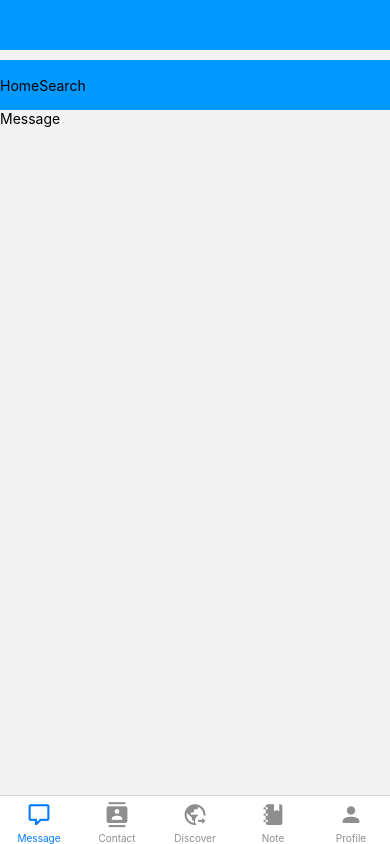
Repository: dinhtq-47/react-native
Screen: /
An editor plug-in stored every save of this project. The screen is shown before and after a run of saves, followed by the edit.
The app was drawn by React Native's web renderer in a window 390 px wide. The project was rebuilt for these pictures with package versions that can differ from the ones it lists, and the page was loaded fresh each time. Also part of the build but not shown: screens/Contact.js, screens/Discover.js, screens/Note.js, screens/Profile.js.

Above is the screen before, as saved 2022-02-16 18:28:33.

After the next 3 saves:
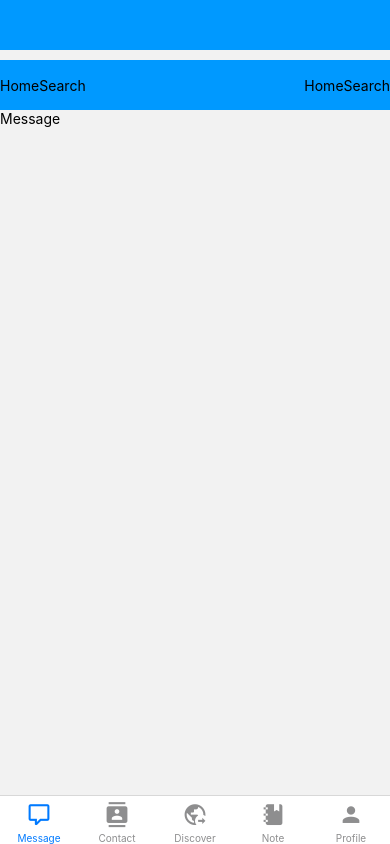
The 3 saves are shown as one change because 1 did not build or start and some came seconds apart.
The last was saved 31 s later.
--- a/components/HomeSearch.js
+++ b/components/HomeSearch.js
@@ -5,6 +5,7 @@ const HomeSearch = () => {
     <View>
       <SafeAreaView>
         <View style={styles.container}>
+          <Text>HomeSearch</Text>
           <Text>HomeSearch</Text>
         </View>
       </SafeAreaView>
@@ -18,6 +19,7 @@ const styles = StyleSheet.create({
     height: 50,
     flexDirection: "row",
     alignItems: "center",
+    justifyContent: "space-between",
     backgroundColor: "#0099FF",
     marginTop: 10,
   },
